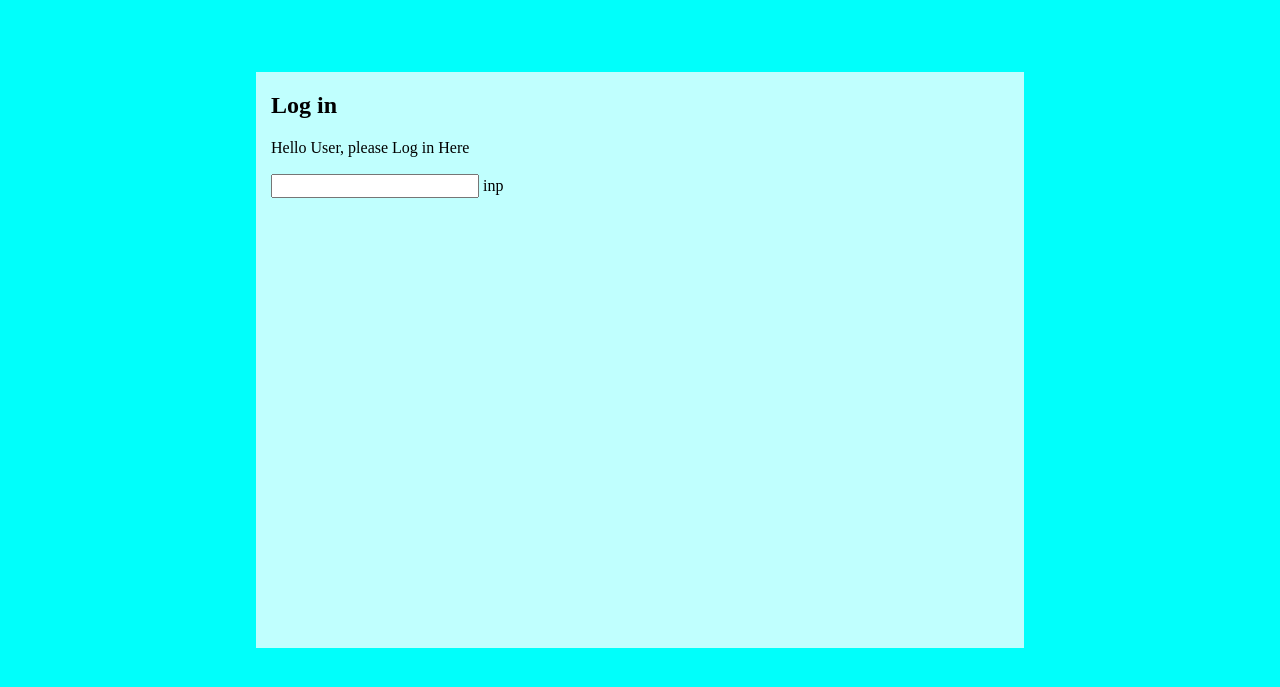
Repository: FaisalFahed/login-page
Page: html/صفحة تسجيل دخول.html
These files come from the project's save history. The page is drawn as it stood at one moment and after the next save; the edit follows.
The browser window is 1280 px wide. The pictures show the whole page.
Some web fonts or font styles are not loaded; a fallback is used.

Above is the page before, as saved 2025-04-01 08:04:20.

After the next save:
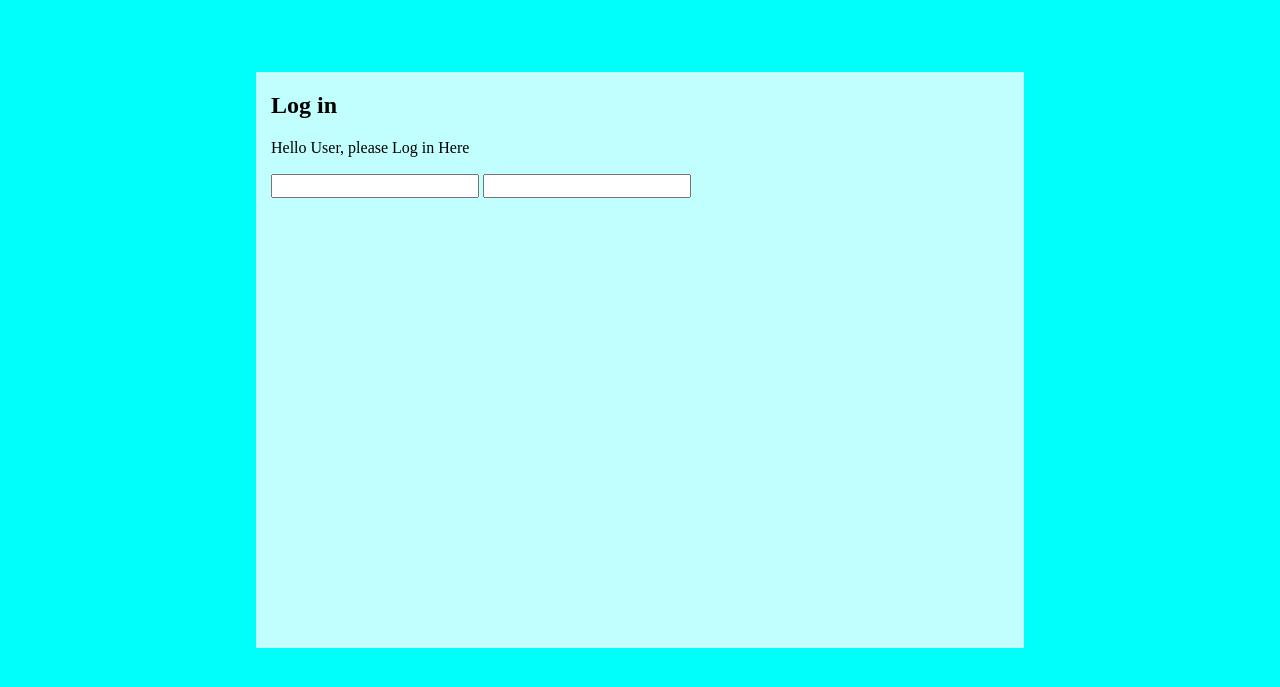
Saved 4 s later.
--- a/html/صفحة تسجيل دخول.html
+++ b/html/صفحة تسجيل دخول.html
@@ -21,7 +21,7 @@
             </div>
             <div class="log-in">
                 <input type="text">
-                inp
+                <input type="email" name="" id="">
             </div>
         </div>
     </body>
